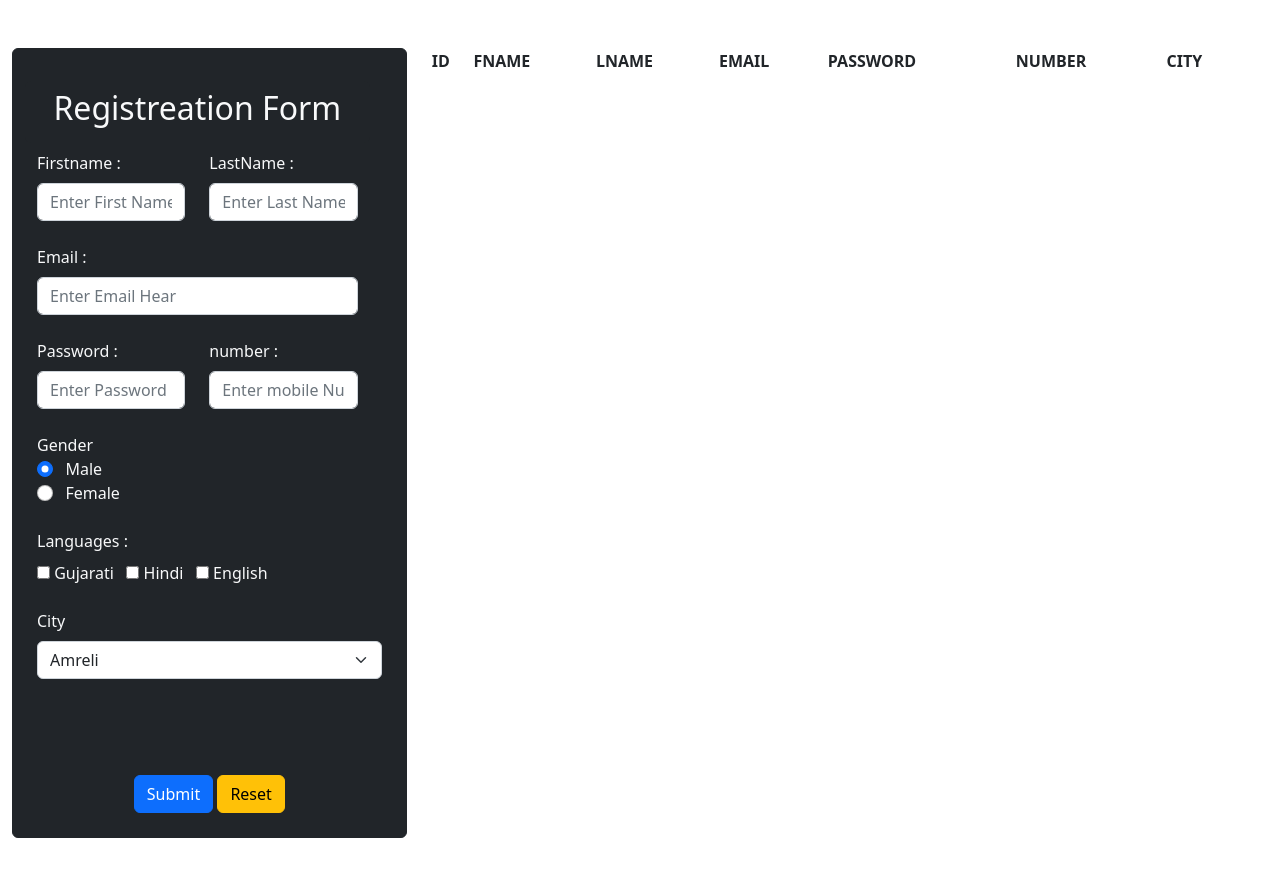
Repository: Rahulkathiriya/java-assignment-and-assesment
Page: http://localhost/web006_ajax_curd_onePage/
The author's editor kept a copy of each file at every save. The page is drawn from the files as they stood at one save, then again after the next save.
The browser window is 1280 px wide. The pictures show the whole page.
The page is served by Tomcat 9. Other server files are loaded and not shown. Queries for data that is not in the repository find no rows.

Above is the page before, as saved 2022-11-15 12:55:30.

### web006_ajax_curd_onePage/src/main/webapp/index.jsp
<!DOCTYPE html>
<%@page import="java.util.ArrayList"%>
<html lang="en">

<head>
<meta charset="UTF-8">
<meta http-equiv="X-UA-Compatible" content="IE=edge">
<meta name="viewport" content="width=device-width, initial-scale=1.0">
<title>Document</title>
<!-- CSS only -->
<link
	href="https://cdn.jsdelivr.net/npm/bootstrap@5.2.0/dist/css/bootstrap.min.css"
	rel="stylesheet"
	integrity="sha384-gH2yIJqKdNHPEq0n4Mqa/HGKIhSkIHeL5AyhkYV8i59U5AR6csBvApHHNl/vI1Bx"
	crossorigin="anonymous">
<!-- <-- JavaScript Bundle with Popper -->
<script
	src="https://cdn.jsdelivr.net/npm/bootstrap@5.2.0/dist/js/bootstrap.bundle.min.js"
	integrity="sha384-A3rJD856KowSb7dwlZdYEkO39Gagi7vIsF0jrRAoQmDKKtQBHUuLZ9AsSv4jD4Xa"
	crossorigin="anonymous"></script>

<!--  	j-Queary cdn -->
<script
	src="https://cdnjs.cloudflare.com/ajax/libs/jquery/3.6.1/jquery.min.js"
	integrity="sha512-aVKKRRi/Q/YV+4mjoKBsE4x3H+BkegoM/em46NNlCqNTmUYADjBbeNefNxYV7giUp0VxICtqdrbqU7iVaeZNXA=="
	crossorigin="anonymous" referrerpolicy="no-referrer"></script>

<style>
.container-fluid {
	display: flex !important;
	justify-content: flex-start !important;
	margin: 3rem 0 !important;
}

.row {
	width: 100%;
}
</style>

<script type="text/javascript">

$(document).ready(function(){

	$("#update").hide();


	viewData();

});


function addStudent(){

	var fname = $("#fname").val();
	var lname = $("#lname").val();
	var email = $("#email").val();
	var password = $("#password").val();
	var number = $("#number").val();
	var city = $("#city").val();



	$.get("addStudent",{fname,lname,email,password,number,city},function(data){

		$("#student").html(data);
		viewData();
	});
}

	function viewData(){

		$.get("viewData",{},function(data){

			const info = JSON.parse(data);
			var row = "";
			row = row+"<tr><th>ID</th><th>FNAME</th><th>LNAME</th><th>EMAIL</th><th>PASSWORD</th><th>NUMBER</th><th>CITY</th></tr>"

			for(var i =0;i<info.length;i++){

				var student = info[i];
				row = row+"<tr><td>"+student.id+"</td><td>"+student.fname+"</td><td>"+student.lname+"</td><td>"+student.email+"</td><td>"+student.password+"</td><td>"+student.number+"</td><td>"+student.city+"</td><td><button class='btn btn-danger bg-danger'onClick='deleteStudent("+student.id+")'>Delete</button></td><td><button class='btn btn-primary bg-primary' onClick='dataById("+student.id+")'>Update</button></td></tr>";
			}

			$("#table").html(row);


		});

}

	function deleteStudent(uid)
	{
	$.get("update",{uid},function(data){
		alert(data);
		 viewData();

	});

	}


	function dataById(uid){

		$.post("update",{uid},function(data){

			var data = JSON.parse(data);

			$("#uid").val(data.id);
			$("#fname").val(data.fname);
			$("#lname").val(data.lname);
			$("#email").val(data.email);
			$("#password").val(data.password);
			$("#number").val(data.number);
			$("#city").val(data.city);


			$("#submit").hide();
			$("#update").show();
		});

	}

	function updateStudent(){
		var uid = $("#uid").val();
		var fname = $("#fname").val();
		var lname = $("#lname").val();
		var email = $("#email").val();
		var password = $("#password").val();
		var number = $("#number").val();
		var city = $("#city").val();

		$.post("addStudent",{uid,fname,lname,email,password,number,city},function(data){
			$("#student").html(data);
			alert(data)
			 viewData();
			 $("#update").hide();
				$("#submit").show();


		});

	}



</script>


</head>

<body>

	<div class="container-fluid">

		<div class="row">
			<div class="col col-md-4 col-lg-4">
				<form action="addStudent"
					class="border border-dark bg-dark text-light p-4 rounded">
					<div class="row">
						<p class="h2 text-center bg-dark text-light p-2 pb-3 mt-2 rounded">Registreation
							Form</p>
						<span class="text-success" id="student"></span> <span
							class="text-success">${updateMsg}</span> <span
							class="text-danger">${error}</span>
						<div class="col">
							<input type="hidden" name="uid" id="uid"> <label
								for="fname" class="form-label">Firstname :</label> <input
								type="text" class="form-control" name="fname" id="fname"
								placeholder="Enter First Name" required="required"> <span
								class="text-danger">${fnameError}</span>
						</div>


						<div class="col">
							<label for="lname" class="form-label">LastName : </label> <input
								type="text" class="form-control" id="lname" name="lname"
								placeholder="Enter Last Name " required /> <span
								class="text-danger">${lnameError}</span>
						</div>
					</div>
					<br />
					<div class="row">

						<div class="col">
							<label for="email" class="form-label">Email : </label>
							<div class="input-group">
								<input type="text" name="email" id="email"
									placeholder="Enter Email Hear" class="form-control"
									required="required">
							</div>
							<span class="text-danger">${emailError}</span>
						</div>
					</div>
					<br>

					<div class="row">
						<div class="col">

							<label for="pass" class="form-label">Password : </label> <input
								type="text" id="password" name="password" class="form-control"
								placeholder="Enter Password" required="required"> <span
								class="text-danger">${passError}</span>
						</div>
						<div class="col">
							<label for="number" class="form-label">number : </label> <input
								type="text" class="form-control" id="number" name="number"
								placeholder="Enter mobile Number" required="required"> <span
								class="text-danger"></span>
						</div>

					</div>


					<br /> <label for="gender" class="from-label">Gender</label>
					<div class="form-checked">
						<input type="radio" class="form-check-input" name="gender"
							id="gender" value="male" checked="checked" /> &nbsp; Male <br />
						<input type="radio" class="form-check-input" name="gender"
							id="gender" value="female" />&nbsp; &nbsp;Female
					</div>


					<br> <label for="lang" class="form-label">Languages :</label>
					<br> <input type="checkbox" id="lang" name="lang"
						value="gujarati">&nbsp;Gujarati &nbsp; <input
						type="checkbox" id="lang" name="lang" value="hindi">&nbsp;Hindi
					&nbsp; <input type="checkbox" id="lang" name="lang" value="English">&nbsp;English
					<br> <br> <label for="city" class="form-label">City</label>
					<select name="city" id="city" class="form-select">
						<option value="Amreli">Amreli</option>
						<option value="Surat">Surat</option>
						<option value="Ahamdabad">Ahamdabad</option>
						<option value="Baroda">Baroda</option>
					</select> <br> <br>
					<div class="text-center mt-5">
						<button class="btn btn-primary" id="submit" onclick="addStudent()">Submit</button>
						<button class="btn btn-primary" id="update" onclick="updateStudent()">Update</button>
						<input type="reset" value="Reset" class="btn btn-warning">
					</div>

				</form>
			</div>


			<div class="col col-md-8 col-lg-8 mx-auto">

				<table id="table" class="table">




				</table>


			</div>

		</div>




	</div>



</body>

</html>

### web006_ajax_curd_onePage/src/main/java/controller/viewData.java
package controller;

import java.io.IOException;
import java.io.PrintWriter;
import java.util.ArrayList;

import javax.servlet.ServletException;
import javax.servlet.annotation.WebServlet;
import javax.servlet.http.HttpServlet;
import javax.servlet.http.HttpServletRequest;
import javax.servlet.http.HttpServletResponse;

import com.google.gson.Gson;

import dao.studentDao;
import model.student;

/**
 * Servlet implementation class viewData
 */
@WebServlet("/viewData")
public class viewData extends HttpServlet {
	private static final long serialVersionUID = 1L;

	/**
	 * @see HttpServlet#HttpServlet()
	 */
	public viewData() {
		super();
		// TODO Auto-generated constructor stub
	}

	/**
	 * @see HttpServlet#doGet(HttpServletRequest request, HttpServletResponse
	 *      response)
	 */
	protected void doGet(HttpServletRequest req, HttpServletResponse resp) throws ServletException, IOException {
		PrintWriter pw = resp.getWriter();

		studentDao dao = new studentDao();

		ArrayList<student> al = dao.viewStudent();

		Gson gson = new Gson();
		String s = gson.toJson(al);
		pw.append(s);

	}

	/**
	 * @see HttpServlet#doPost(HttpServletRequest request, HttpServletResponse
	 *      response)
	 */
	protected void doPost(HttpServletRequest request, HttpServletResponse response)
			throws ServletException, IOException {
		// TODO Auto-generated method stub
		doGet(request, response);
	}

}

After the next save:
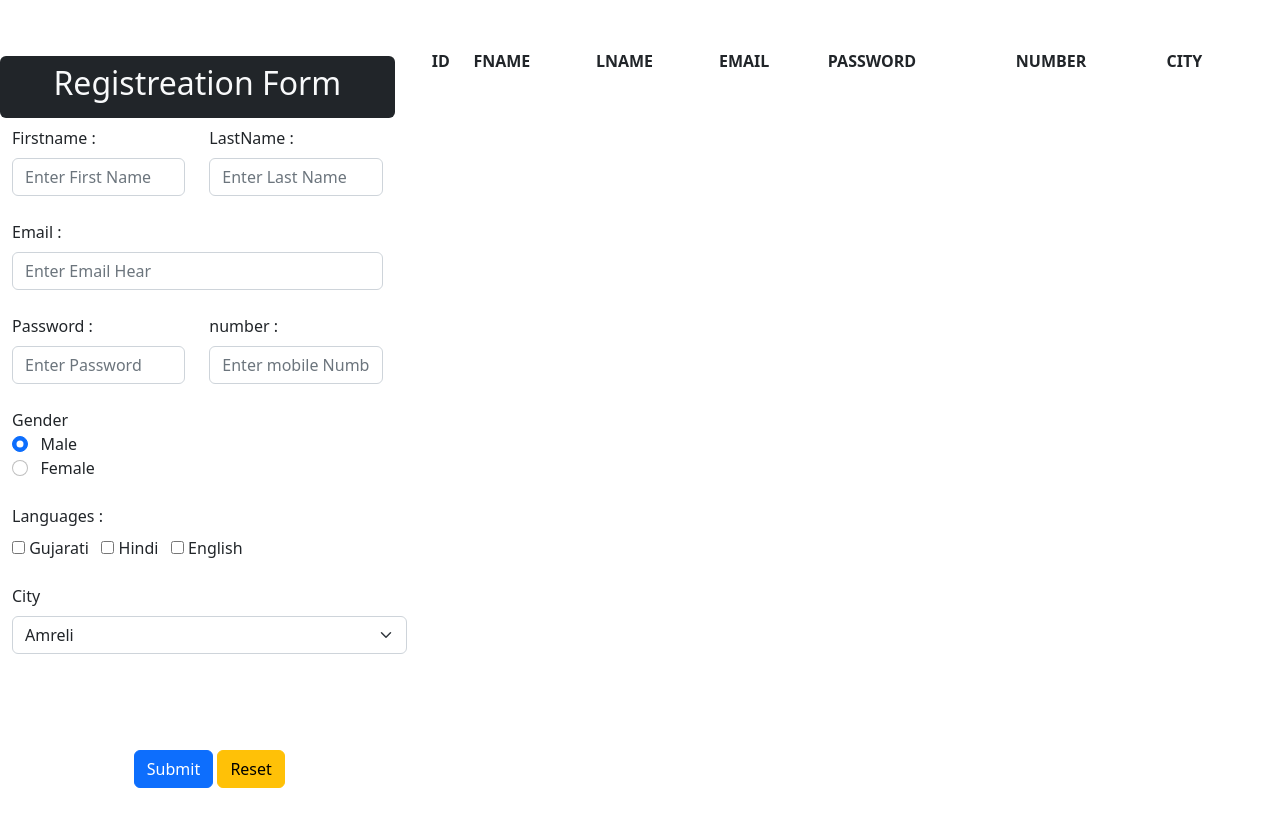
Saved 2 days later.
--- a/web006_ajax_curd_onePage/src/main/webapp/index.jsp
+++ b/web006_ajax_curd_onePage/src/main/webapp/index.jsp
@@ -154,8 +154,7 @@ function addStudent(){
 
 		<div class="row">
 			<div class="col col-md-4 col-lg-4">
-				<form action="addStudent"
-					class="border border-dark bg-dark text-light p-4 rounded">
+
 					<div class="row">
 						<p class="h2 text-center bg-dark text-light p-2 pb-3 mt-2 rounded">Registreation
 							Form</p>
@@ -238,7 +237,7 @@ function addStudent(){
 						<input type="reset" value="Reset" class="btn btn-warning">
 					</div>
 
-				</form>
+
 			</div>
 
 
